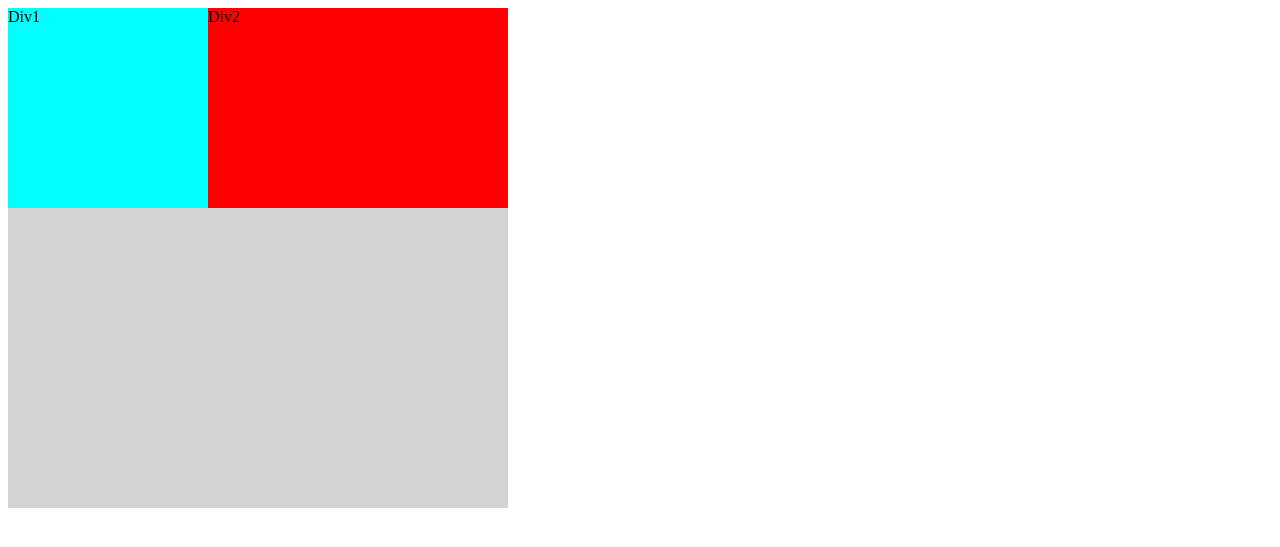
Repository: Sayan-100/Javascript
Page: Flex grow and shrink/index.html
The author's editor kept a copy of each file at every save. The page is drawn from the files as they stood at one save, then again after the next save.
The browser window is 1280 px wide. The pictures show the whole page.

Above is the page before, as saved 2021-12-31 14:52:03.

### Flex grow and shrink/index.html
<!DOCTYPE html>
<html lang="en">

<head>
    <meta charset="UTF-8">
    <meta http-equiv="X-UA-Compatible" content="IE=edge">
    <meta name="viewport" content="width=device-width, initial-scale=1.0">
    <link rel="stylesheet" href="style.css">
    <title>Document</title>
</head>

<body>
    <div id="container">
        <div id="div1">
            Div1
        </div>
        <div id="div2">
            Div2
        </div>
        <!-- <div id="div3">
            Div3
        </div>
        <div id="div4">
            Div4
        </div>
        <div id="div5">
            Div5
        </div> -->
    </div>
</body>

</html>

### Flex grow and shrink/style.css
#container {
    height: 500px;
    width: 500px;
    background-color: lightgrey;
    display: flex;
}

#container div {
    height: 200px;
    width: 200px;
}

#div1 {
    background-color: cyan;
    /* adjust the containers such that they occupy the remaining spaces */
    /* flex-grow: 1; */
}

#div2 {
    background-color: red;
    flex-grow: 1;
}


/* total containers are two so if flex grow is 1 for both so 1 / 2 space will
be occupied by every div */

After the next save:
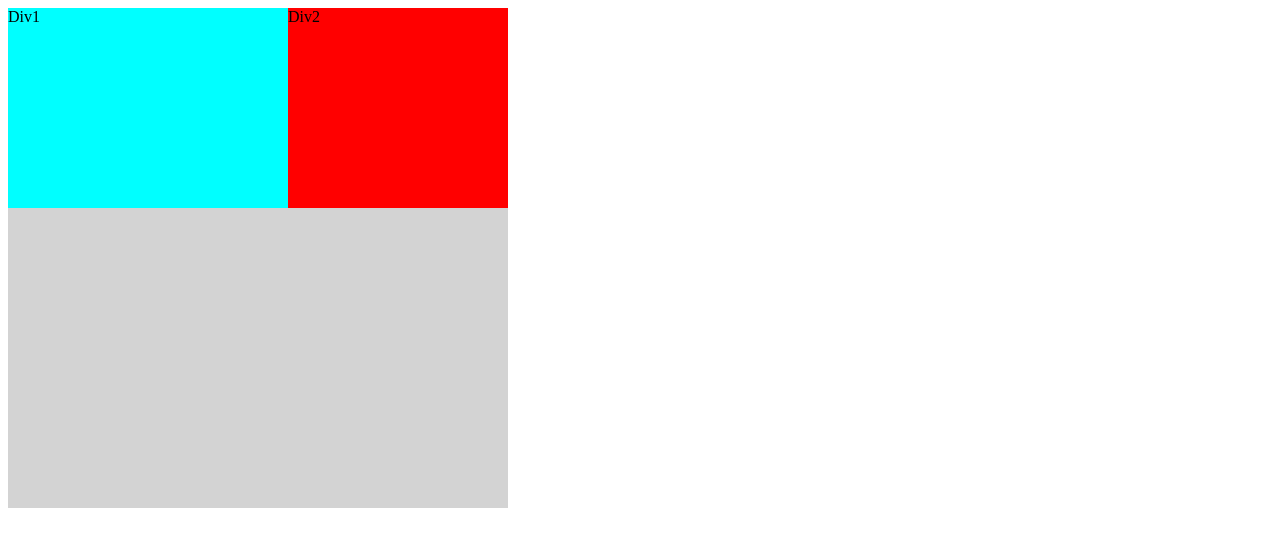
Saved 7 s later.
--- a/Flex grow and shrink/style.css
+++ b/Flex grow and shrink/style.css
@@ -14,6 +14,7 @@
     background-color: cyan;
     /* adjust the containers such that they occupy the remaining spaces */
     /* flex-grow: 1; */
+    flex-grow: 4;
 }
 
 #div2 {
